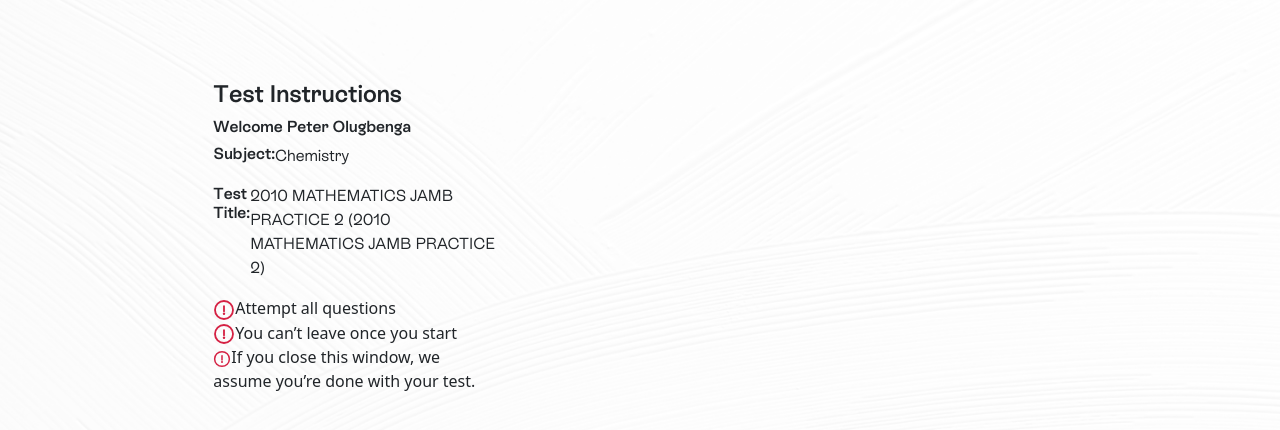
Repository: sarahnnanyelugo/educare-cbt
Page: /test-instructions
The author's editor kept a copy of each file at every save. The page is drawn from the files as they stood at one save, then again after the next save.
The browser window is 1280 px wide. The pictures show the whole page.
The project was rebuilt for these pictures with package versions that can differ from the ones it lists, and the page was loaded fresh each time. Also part of the build but not shown: src/components/Form/Form.js, src/pages/AuthenticationPage/auth.scss, src/pages/AuthenticationPage/AuthenticationPage.js, src/components/Exams/exams.scss, src/components/TestModal/test-modal.scss, src/components/TestModal/TestModal.js, src/components/Exams/Exams.js, src/TestData/examsData.js and 3 more. Imported but missing from the stored project, and not drawn on this page: src/components/Form/Password, src/components/GoogleButton/GoogleButton.

Above is the page before, as saved 2023-11-05 03:22:57.

### src/App.js
import logo from "./logo.svg";
import "./App.css";
import "bootstrap/dist/css/bootstrap.min.css";
import { BrowserRouter, Routes, Route, Link, Outlet } from "react-router-dom";
import { AuthenticationPage } from "./pages/AuthenticationPage/AuthenticationPage";
import { Home } from "./pages/Home/Home";
import ScrollToTop from "./components/scrollToTop";
import { Navbar } from "./components/Navbar/Navbar";
import { TestInstructions } from "./pages/TestInstructions/TestInstructions";
function App() {
  return (
    <>
      <ScrollToTop />
      <Navbar />
      <Routes>
        <Route path="/" element={<AuthenticationPage />} />{" "}
        <Route path="home" element={<Home />} />{" "}
        <Route path="test-instructions" element={<TestInstructions />} />{" "}
      </Routes>
    </>
  );
}

export default App;

### src/App.css
@font-face {
  font-family: rebondG;
  src: url(./assets/fonts/Rebond_font/RebondG.otf);
}
@font-face {
  font-family: rebondG-Bold;
  src: url(./assets/fonts/Rebond_font/RebondG-Bold.otf);
}
@font-face {
  font-family: rebondG-Semi-Bold;
  src: url(./assets/fonts/Rebond_font/Rebond-semibold.otf);
}
@font-face {
  font-family: rebondG-Medium;
  src: url(./assets/fonts/Rebond_font/RebondGrotesqueMedium.otf);
}
@font-face {
  font-family: rebondBook;
  src: url(./assets/fonts/Rebond_font/RebondG-Book.ttf);
}

h1,
h2,
h3,
h4,
h5,
h6 {
  font-family: rebondG-Semi-Bold;
}

p {
  font-family: rebondBook;
  font-size: 16px;
}
small {
  font-family: rebondBook;
}
button {
  font-family: rebondG-Semi-Bold;
}
@media screen and (min-width: 620px) {
  .flexy {
    display: flex;
  }
}
@media screen and (max-width: 620px) {
  .flexyM {
    display: flex;
  }
}

### src/components/Navbar/Navbar.js
import React, { useEffect, useRef, useState } from "react";
import "./navbar.scss";
import Logo from "../../assets/images/logo.png";
import { Link, NavLink } from "react-router-dom";
import { useLocation } from "react-router-dom";

export const Navbar = () => {
  const location = useLocation();
  const prevUrlRef = useRef(null);
  const [showNav, setShowNav] = useState(true);
  useEffect(() => {
    const currentUrl = window.location.pathname;
    if (prevUrlRef.current !== currentUrl) {
      prevUrlRef.current = currentUrl;
      console.log(currentUrl);
      setTimeout(() => {
        switch (currentUrl) {
          case "/":
            setShowNav(false);
            break;
          case "/test-instructions":
            setShowNav(false);
            break;

          default:
            setShowNav(true);
            break;
        }
        localStorage.setItem("showNav", showNav);
      }, 200);
    }
  });
  return (
    <div className={`nav-container flexy ${showNav ? "" : "hide"} `}>
      <div className="logo-holder  col-md-1 flexy ">
        {" "}
        <Link to={"/"}>
          {" "}
          <img className="   logo" src={Logo} alt="Scholar" width="50%" />
        </Link>
      </div>
      <div className="flexy navs">
        <NavLink activeclassName="active" className="navlinks" to={"/home"}>
          <button> Home</button>
        </NavLink>{" "}
        <NavLink
          activeclassName="active"
          className="navlinks"
          to={"/test-analysis"}
        >
          <button> Test Analysis</button>
        </NavLink>{" "}
        <NavLink activeclassName="active" className="navlinks" to={"/wallet"}>
          <button> Wallet</button>
        </NavLink>
      </div>
    </div>
  );
};

### src/pages/TestInstructions/TestInstructions.js
import React from "react";
import "./test-instructions.scss";
import Alert from "../../assets/images/alert.svg";

export const TestInstructions = () => {
  return (
    <div className="test-instructions-div">
      <div className="col-md-8 offset-md-2 instructions">
        <div className="title-div">
          {" "}
          <h4>Test Instructions</h4>
        </div>
        <div className="flexy">
          <div className="col-md-4">
            <h6>Welcome Peter Olugbenga</h6>
            <div className="flexy flexyM">
              {" "}
              <h6>Subject:</h6>
              <p>Chemistry</p>
            </div>
            <div className="flexy flexyM">
              <h6>Test Title:</h6>
              <p>
                2010 MATHEMATICS JAMB PRACTICE 2 (2010 MATHEMATICS JAMB PRACTICE
                2)
              </p>
            </div>
            <ul className="list-unstyled">
              <li>
                <img src={Alert} alt="logo" width="22px" height="22px" />
                Attempt all questions
              </li>
              <li>
                {" "}
                <img src={Alert} alt="logo" width="22px" height="22px" />
                You can’t leave once you start
              </li>
              <li>
                <img src={Alert} alt="logo" width="18px" height="18px" />
                If you close this window, we assume you’re done with your test.
              </li>
            </ul>
          </div>
        </div>
      </div>
    </div>
  );
};

### src/components/Navbar/navbar.scss
.nav-container {
  padding: 5px 60px;
  box-shadow: 0px 3px 6px #00000029;
  background: #fff;
  .logo-holder {
    flex-grow: 1;
  }
  .navs {
    flex-grow: 1;
    .navlinks {
      button {
        margin: 0 10px;
        padding: 5px 13px;
        border: none;
        color: #000;
        margin-top: 10px;
        text-decoration: none;
        font-size: 14px;
        border-radius: 100px;
        background: #fff;
        font-family: rebondG-Medium;
      }
    }
  }
}
.active {
  button {
    color: #2f67d8 !important;
    background: #c7d8fa !important;
  }
}

### src/pages/TestInstructions/test-instructions.scss
.test-instructions-div {
  padding-top: 80px;
  padding-bottom: 250px;
  background: url("../../assets/images/brush-bg.png");
  background-size: cover;
  background-repeat: no-repeat;
  //   background-position: center;
}

### src/components/Form/form.scss
@import "../../variables";
@import "../../shared-styles";

.form-container {
  border: solid 1px rgb(255, 255, 255);
  border-radius: 15px;
  box-shadow: 0 0 1px 1px rgb(221, 221, 221);
  padding: 30px 20px 50px 20px;
  background: #fff;
  .or {
    .bodda {
      border-top: solid 1px #efefef;
      margin-top: 30px;
    }
    p {
      margin-top: 15px;
    }
  }
  .form-heading {
    color: #161617;
    font-size: 16px;
  }
}

.form {
  width: 100%;
  position: relative;
  height: fit-content;
  overflow: hidden;
}

.form input {
  width: 100%;
  height: 100%;
  color: #191919;
  padding-top: 10px;
  padding-bottom: 10px;
  padding-left: 20px;
  border-radius: 10px;
  height: 40px;
  margin-top: 20px;
  border: solid 1px #e7e7e7;
  background: #fff;
  font-family: rebondG-Semi-Bold;
}
.form label {
  position: absolute;
  bottom: 4px;
  left: 20px;
  width: 100%;
  height: 100%;
  font-size: 12px;
  font-family: rebondG;
  color: #161617;
  pointer-events: none;
}
.form label::after {
  content: "";
  position: absolute;
  bottom: -1px;
  left: 0px;
  width: 100%;
  height: 100%;
  transform: translateX(-100%);
  transition: all 0.3s ease;
}

.content-name {
  position: absolute;
  bottom: 0px;
  left: 0px;
  padding-bottom: 5px;
  transition: all 0.3s ease;
}
.form input:focus {
  outline: none;
}
.form input:focus + .label-name .content-name,
.form input:valid + .label-name .content-name {
  transform: translateY(-100%);
  font-size: 8px;
  left: 0px;
  color: black;
}
.form input:focus + .label-name::after,
.form input:valid + .label-name::after {
  transform: translateX(0%);
}
.password-input {
  input {
    border: solid 1px #edecec !important;
    padding: 9px 5px;
    border-radius: 10px;
    background: #fff !important;
    width: 100% !important;
    height: 40px;
  }
  img {
    margin-left: -35px;
    border-right: solid 1px rgb(226, 220, 220) !important;
    border-radius: 7px;
    @media screen and (max-width: 620px) {
      margin-left: -18px;
    }
  }
}
.formButton {
  color: #fff;
  border: none;
  padding: 10px 0;
  border-radius: 35px;
  margin-top: 30px;
  width: 100%;
  font-size: 16px !important;
  font-weight: bold !important;
  font-family: rebondG-Medium;
  background: #2f67d8;
  &:hover {
    background: #1e4ba7;
    transition: 0.5 ease;
  }
  @media screen and (max-width: 620px) {
  }
}
.css-qbdosj-Input {
  padding: 6px 5px !important;
}
.css-13cymwt-control {
  border-radius: 10px !important;
  height: 40px !important;
  border: solid 1px rgb(236, 233, 233) !important;
}
//////////////////////////////////////////////////////////////////////////////////////////

.formpassword {
  width: 100%;
  position: relative;
  height: fit-content;
  overflow: hidden;
}

.formpassword input {
  width: 100%;
  height: 100%;
  color: #191919;
  padding-top: 10px;
  padding-bottom: 10px;
  padding-left: 20px;
  border-radius: 10px;
  height: 40px;
  margin-top: 20px;
  border: solid 1px #e7e7e7;
  background: #fff;
  font-family: rebondG-Semi-Bold;
}
.formpassword label {
  position: absolute;
  bottom: 4px;
  left: 20px;
  width: 100%;
  height: 100%;
  font-size: 12px;
  font-family: rebondG;
  color: #161617;
  pointer-events: none;
}
.formpassword label::after {
  content: "";
  position: absolute;
  bottom: -1px;
  left: 0px;
  width: 100%;
  height: 100%;
  transform: translateX(-100%);
  transition: all 0.3s ease;
}

.content-name {
  position: absolute;
  bottom: 0px;
  left: 0px;
  padding-bottom: 5px;
  transition: all 0.3s ease;
}
.formpassword input:focus {
  outline: none;
}
.formpassword input:focus + .label-name .content-name,
.formpassword input:valid + .label-name .content-name {
  transform: translateY(-100%);
  font-size: 8px;
  left: 0px;
  color: black;
}
.formpassword input:focus + .label-name::after,
.formpassword input:valid + .label-name::after {
  transform: translateX(0%);
}
.css-1jqq78o-placeholder {
  font-family: rebondBook !important;
  color: #161617 !important;
  font-size: 12px !important;
  font-family: rebondBook !important ;
}
.PhoneInputCountry {
  background: #fff !important;
}
.hide {
  display: none;
}
.show {
  display: block;
}

### src/_variables.scss
$blue: #0098da;
$lightblue: #e1f2fa;
$purple: #5044b2;
@mixin get-started-button {
  color: #fff;
  border-radius: 35px;
  border: solid 1px #414244;
  padding: 8px 20px;
  font-size: 14px;
  font-family: rebondG-Semi-Bold;

  // &:hover {
  //   background: #30266b;
  //   transition: 0.5s ease;
  // }
}
@mixin main-btn {
  background: #2f67d8 !important;
  color: #fff;
  border-radius: 100px;
  // padding: 8px 20px;
  width: 91px;
  height: 36px;
  font-size: 14px;
  border: solid 1px #414244;
  font-family: rebondG-Semi-Bold;

  &:hover {
    background: #1e4ba7 !important;
    transition: 0.5s ease;
  }
}

### src/_shared-styles.scss
.mt1 {
  margin-top: 10px;
}
.mt2 {
  margin-top: 20px;
}
.mt3 {
  margin-top: 30px;
}
.mt4 {
  margin-top: 40px;
}
.mt5 {
  margin-top: 50px;
}
.mt6 {
  margin-top: 60px;
}
.mt7 {
  margin-top: 70px;
}
.mt8 {
  margin-top: 80px;
}
.mt9 {
  margin-top: 90px;
}
.mt {
  margin-top: 140px;
}
.mtt {
  margin-top: 200px;
}
.bb {
  border-bottom: solid 1px rgb(233, 229, 229);
}
.bt {
  border-top: solid 1px rgb(233, 229, 229);
}
.pd {
  padding: 80px 0;
}
.br {
  border-right: solid 1px rgb(233, 229, 229);
}
.no-m {
  @media screen and (max-width: 620px) {
    margin: 0 !important;
  }
}
.ml {
  margin-left: 10px;
}
.ml4 {
  margin-left: 40px;
}
.ml3 {
  margin-left: 30px;
}

.features-link {
  color: #191919;
  text-decoration: none;
  &:hover {
    color: #191919;
  }
}

.mb5 {
  margin-bottom: 50px;
}
.mb4 {
  margin-bottom: 40px;
}

.no-margin {
  @media screen and (max-width: 620px) {
    margin-top: 0px !important;
    text-align: center;
  }
}
.grad2 {
  background: rgb(255, 255, 255);
  background: linear-gradient(
    180deg,
    rgba(255, 255, 255, 1) 28%,
    rgba(240, 240, 240, 1) 48%,
    rgba(255, 255, 255, 1) 75%
  );
}
.dn {
  @media screen and (max-width: 620px) {
    display: none;
  }
}
.dnW {
  @media screen and (min-width: 620px) {
    display: none;
  }
}
.dnM {
  @media screen and (max-width: 620px) {
    display: none;
  }
}
.img-resolv {
  width: 90%;
  @media screen and (max-width: 620px) {
    width: 100%;
  }
}
.link {
  font-size: 12px;
  text-decoration: none;
  color: #000;
  font-family: rebondG-Semi-Bold;
  margin-bottom: 0 !important;
}
.link2 {
  font-size: 12px;
  text-decoration: none;
  color: #2f67d8;
  font-family: rebondG-Semi-Bold;
}

Loaded but not shown: public/index.html (common file); src/index.js (common file); src/index.css (common file); src/reportWebVitals.js (common file); src/components/scrollToTop.js (common file)

After the next save:
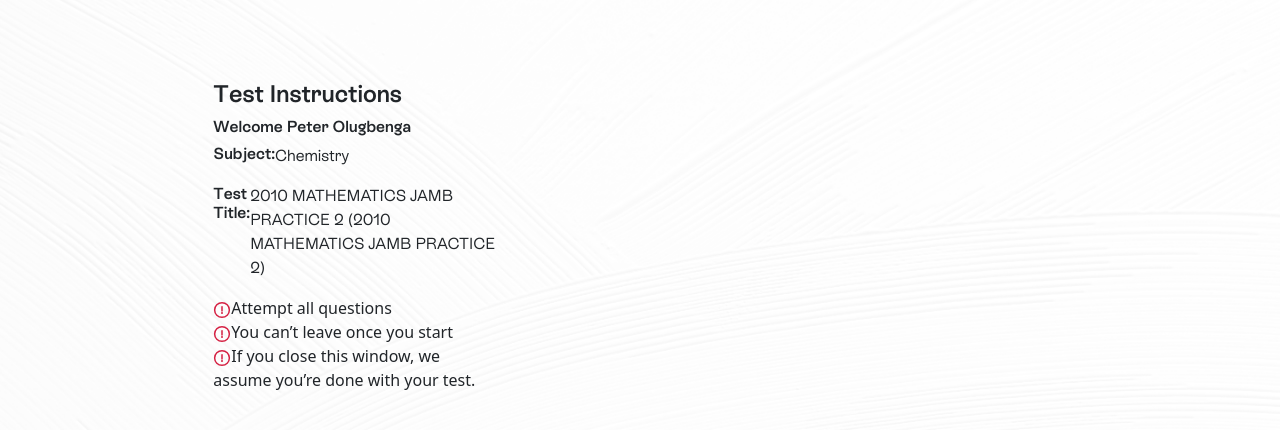
Saved 24 s later.
--- a/src/pages/TestInstructions/TestInstructions.js
+++ b/src/pages/TestInstructions/TestInstructions.js
@@ -27,12 +27,12 @@
             </div>
             <ul className="list-unstyled">
               <li>
-                <img src={Alert} alt="logo" width="22px" height="22px" />
+                <img src={Alert} alt="logo" width="18px" height="18px" />
                 Attempt all questions
               </li>
               <li>
                 {" "}
-                <img src={Alert} alt="logo" width="22px" height="22px" />
+                <img src={Alert} alt="logo" width="18px" height="18px" />
                 You can’t leave once you start
               </li>
               <li>
